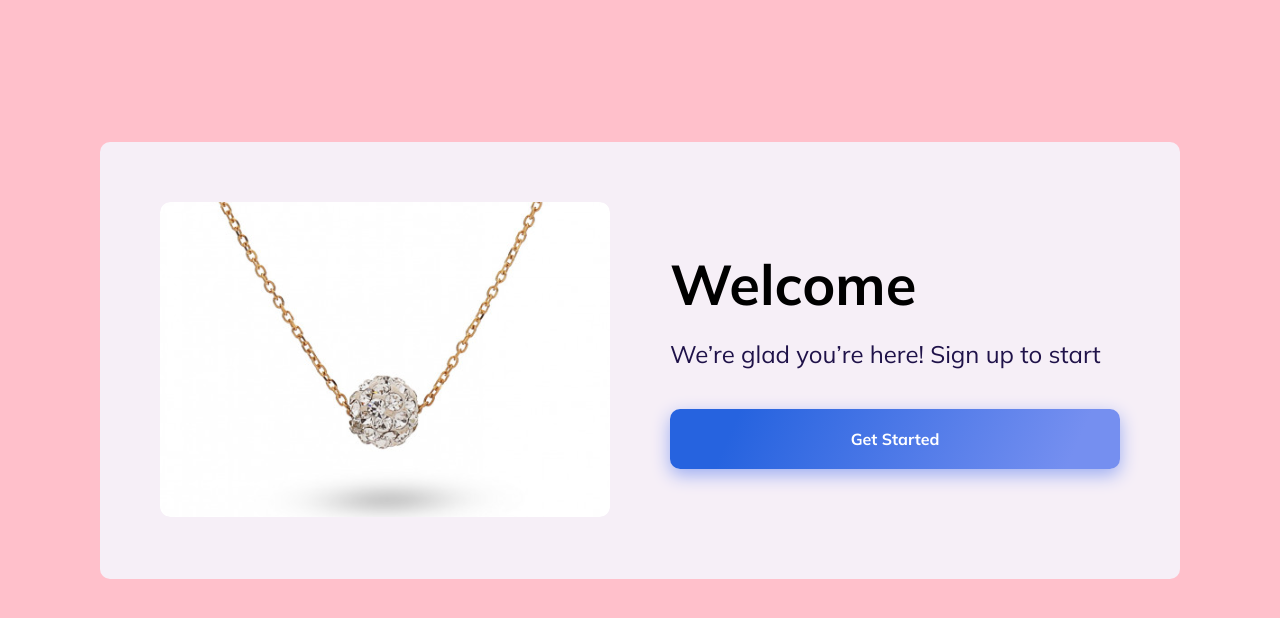
Repository: codezeloss/Valinteca-task
Page: index.html
These files come from the project's save history. The page is drawn as it stood at one moment and after the next save; the edit follows.
The browser window is 1280 px wide. The pictures show the whole page.

Above is the page before, as saved 2022-12-09 19:22:53.

After the next save:
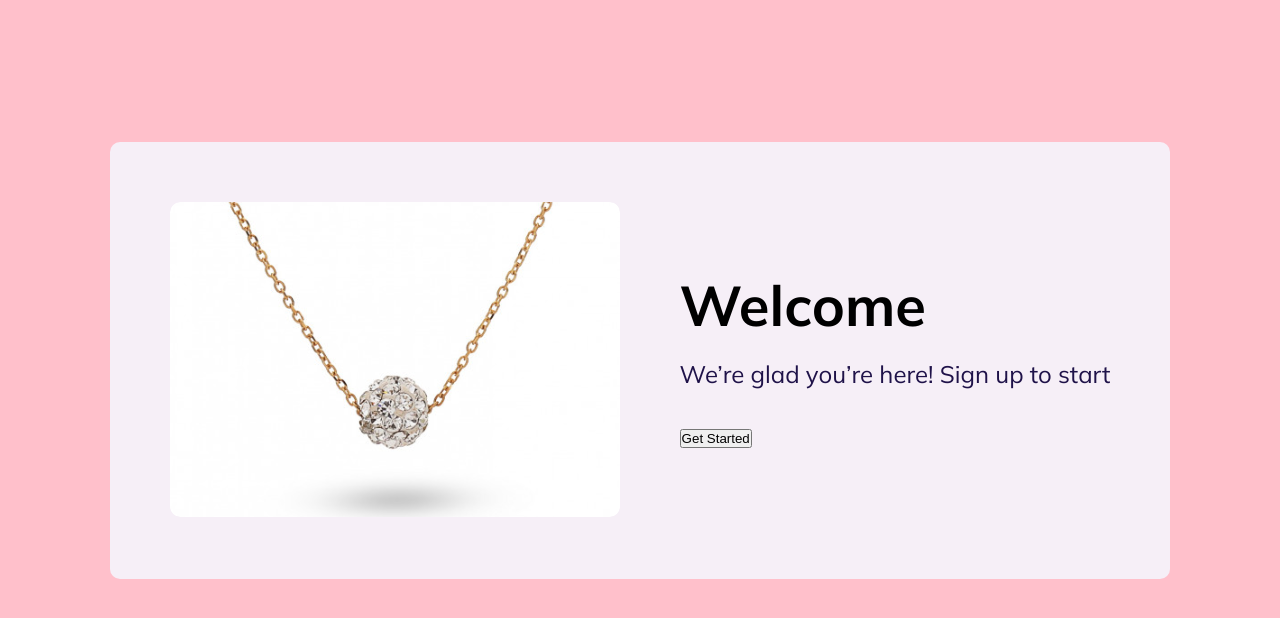
Saved 16 s later.
--- a/css/welcome-page.css
+++ b/css/welcome-page.css
@@ -21,18 +21,3 @@
   color: #1f1249;
   margin-bottom: 40px;
 }
-
-.btn {
-  width: 450px;
-  height: 60px;
-  font-family: "Mulish";
-  font-style: normal;
-  font-weight: 700;
-  font-size: 16px;
-  border: none;
-  cursor: pointer;
-  background: linear-gradient(113.87deg, #2663df 14.81%, #758ff0 88.76%);
-  box-shadow: 0px 6px 18px #9cadf2;
-  border-radius: 10px;
-  color: #ffffff;
-}
